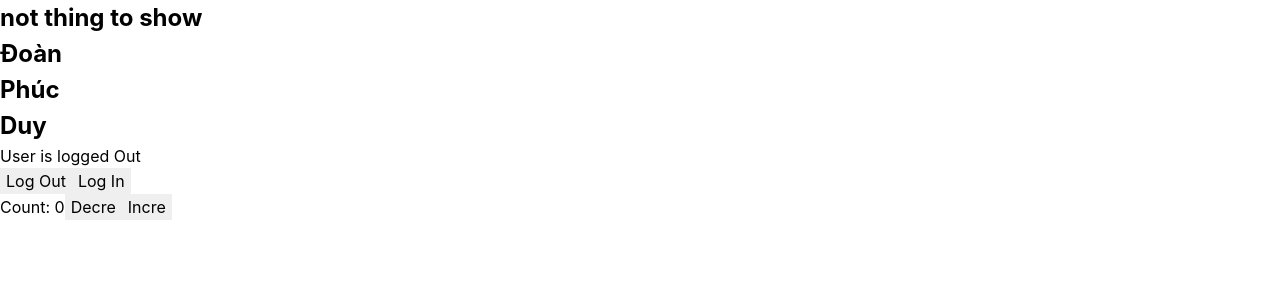
Repository: ledoanmk43/Demo_typescript
Page: /
The author's editor kept a copy of each file at every save. The page is drawn from the files as they stood at one save, then again after the next save.
The browser window is 1280 px wide. The pictures show the whole page.
The project was rebuilt for these pictures with package versions that can differ from the ones it lists, and the page was loaded fresh each time.

Above is the page before, as saved 2022-03-07 16:31:27.

After the next save:
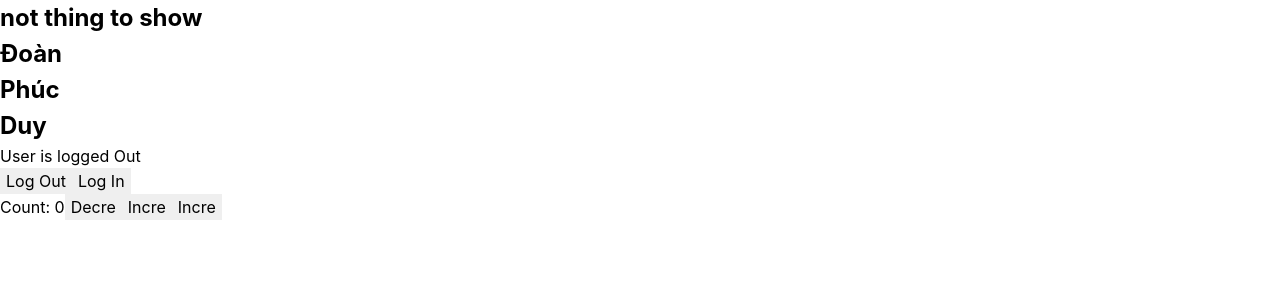
Saved 7 min 16 s later.
--- a/src/components/state/Counter.tsx
+++ b/src/components/state/Counter.tsx
@@ -27,6 +27,7 @@ const Counter = () => {
       <button onClick={() => dispatch({ type: "incre", payload: 1 })}>
         Incre
       </button>
+      <button onClick={() => dispatch({ type: "reset" })}>Incre</button>
     </div>
   );
 };
